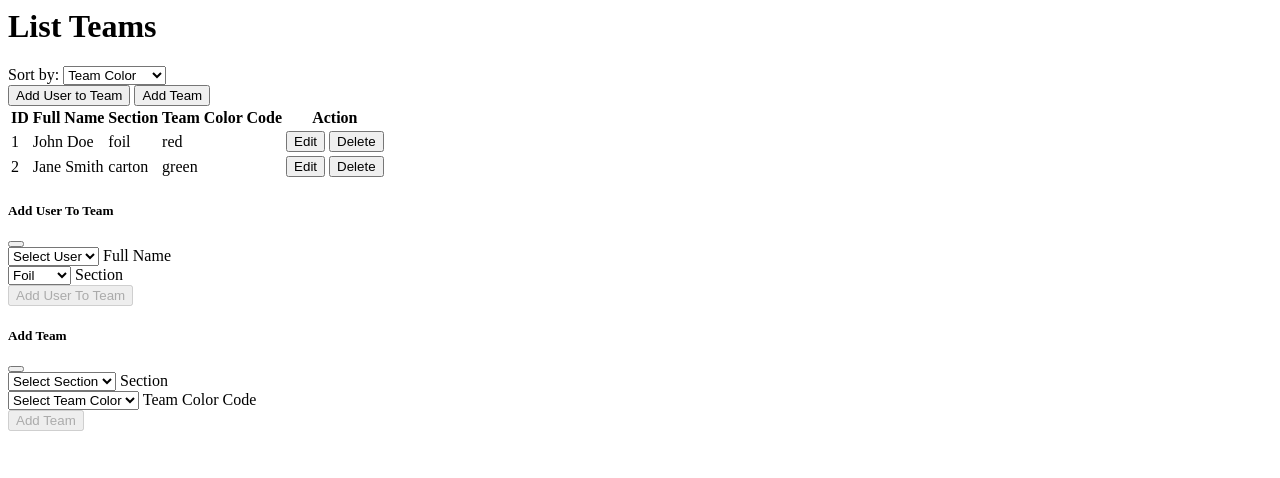
Repository: Daigtas/Shiftman
Page: partials/list-teams.html
An editor plug-in stored every save of this project. The page is shown before and after the next save, followed by the edit.
The browser window is 1280 px wide. The pictures show the whole page.

Above is the page before, as saved 2025-02-04 12:41:24.

### partials/list-teams.html
<h1 data-translate-key="listteamstitle">List Teams</h1>
<div class="container-fluid mt-4">
    <div class="btn-toolbar mb-3" role="toolbar" aria-label="Toolbar with button groups">
        <div class="input-group">
            <label class="input-group-text" for="sortSelect" data-translate-key="sortby">Sort by:</label>
            <select class="form-select" id="sortSelect">
                <option value="teamcolor" data-translate-key="sortbyteamcolor">Team Color</option>
                <option value="teamsection" data-translate-key="sortbyteamsection">Team Section</option>
                <option value="fullname" data-translate-key="sortbyfullname">fullname</option>
            </select>
        </div>
        <button type="button" class="btn btn-primary ml-3" data-bs-toggle="modal" data-bs-target="#addusertoTeamModal" data-translate-key="addusertoteam">Add User to Team</button>
        <button type="button" class="btn btn-primary ml-3" data-bs-toggle="modal" data-bs-target="#addTeamModal" data-translate-key="addteam">Add Team</button>

    </div>
    <div class="table-responsive">
        <table class="table table-bordered table-striped" id="usersTable">
            <thead class="thead-dark">
                <tr>
                    <th scope="col" data-translate-key="id">ID</th>
                    <th scope="col" data-translate-key="fullname">Full Name</th>
                    <th scope="col" data-translate-key="section">Section</th>
                    <th scope="col" data-translate-key="teamcolorcode">Team Color Code</th>
                    <th scope="col" data-translate-key="action">Action</th>
                </tr>
            </thead>
            <tbody>
                <!-- Example data, replace with dynamic data -->
                <tr>
                    <td>1</td>
                    <td>John Doe</td>
                    <td>foil</td>
                    <td>red</td>
                    <td>
                        <button class="btn btn-warning btn-sm" data-translate-key="edit">Edit</button>
                        <button class="btn btn-danger btn-sm" data-translate-key="delete">Delete</button>
                    </td>
                </tr>
                <tr>
                    <td>2</td>
                    <td>Jane Smith</td>
                    <td>carton</td>
                    <td>green</td>
                    <td>
                        <button class="btn btn-warning btn-sm" data-translate-key="edit">Edit</button>
                        <button class="btn btn-danger btn-sm" data-translate-key="delete">Delete</button>
                    </td>
                </tr>
                <!-- Add more rows as needed -->
            </tbody>
        </table>
    </div>
</div>

<!-- Add User to Team Modal -->
<div class="modal fade" id="addusertoTeamModal" tabindex="-1" aria-labelledby="addUserModalLabel" aria-hidden="true">
    <div class="modal-dialog">
        <div class="modal-content">
            <div class="modal-header">
                <h5 class="modal-title" id="addUserToTeamModalLabel" data-translate-key="addusertoteam">Add User To Team</h5>
                <button type="button" class="btn-close" data-bs-dismiss="modal" aria-label="Close"></button>
            </div>
            <div class="modal-body">
                <form id="addUserForm">
                    <div class="form-floating mb-3">
                        <select class="form-select" id="userFullName" required>
                            <option value="" disabled selected data-translate-key="selectuser">Select User</option>
                            <option value="john_doe" data-translate-key="johndoe">John Doe</option>
                            <option value="jane_smith" data-translate-key="janesmith">Jane Smith</option>
                            <!-- Add more options as needed -->
                        </select>
                        <label for="userFullName" data-translate-key="fullname">Full Name</label>
                    </div>
                    <div class="form-floating mb-3">
                        <select class="form-select" id="section" required>
                            <option value="foil" data-translate-key="foil">Foil</option>
                            <option value="carton" data-translate-key="carton">Carton</option>
                        </select>
                        <label for="section" data-translate-key="section">Section</label>
                    </div>
                    <button type="submit" class="btn btn-primary" id="addUserSubmit" disabled data-translate-key="addusertoteam">Add User To Team</button>
                </form>
            </div>
        </div>
    </div>
</div>
<!-- Add User to Team Modal -->
<div class="modal fade" id="addTeamModal" tabindex="-1" aria-labelledby="addTeamModalLabel" aria-hidden="true">
    <div class="modal-dialog">
        <div class="modal-content">
            <div class="modal-header">
                <h5 class="modal-title" id="addTeamModalLabel" data-translate-key="addteam">Add Team</h5>
                <button type="button" class="btn-close" data-bs-dismiss="modal" aria-label="Close"></button>
            </div>
            <div class="modal-body">
                <form id="addUserForm">
                    <div class="form-floating mb-3">
                        <select class="form-select" id="selectSection" required>
                            <option value="" disabled selected data-translate-key="selectsection">Select Section</option>
                            <option value="Foil" data-translate-key="selectsectionfoil">Foil</option>
                            <option value="Carton" data-translate-key="selectsectioncarton">Carton</option>
                        </select>
                        <label for="selectsection" data-translate-key="selectteamsection">Section</label>
                    </div>
                    <div class="form-floating mb-3">
                        <select class="form-select" id="teamcolorcode" required>
                            <option value="" disabled selected data-translate-key="selectteamcolor">Select Team Color</option>
                            <option value="red" data-translate-key="red">Red</option>
                            <option value="green" data-translate-key="green">Green</option>
                            <option value="blue" data-translate-key="blue">Blue</option>
                            <option value="yellow" data-translate-key="yellow">Yellow</option>
                            <option value="orange" data-translate-key="orange">Orange</option>
                            <option value="purple" data-translate-key="purple">Purple</option>
                            <option value="pink" data-translate-key="pink">Pink</option>
                            <option value="brown" data-translate-key="brown">Brown</option>
                            <option value="black" data-translate-key="black">Black</option>
                        </select>
                        <label for="teamcolorcode" data-translate-key="teamcolorcode">Team Color Code</label>
                    </div>
                    <button type="submit" class="btn btn-primary" id="addTeamSubmit" disabled data-translate-key="addteam">Add Team</button>
                </form>
            </div>
        </div>
    </div>
</div>

<link rel="stylesheet" href="css/register-user.css">

### css/register-user.css
/* jQuery UI styling */
.ui-state-hover {
    background-color: #e2e6ea !important;
}

.ui-state-active {
    background-color: #d6d8db !important;
}

/* Modal styling */
#addUserModal {
    display: none;
    z-index: 1050; /* Ensure the modal is on the top layer */
}

After the next save:
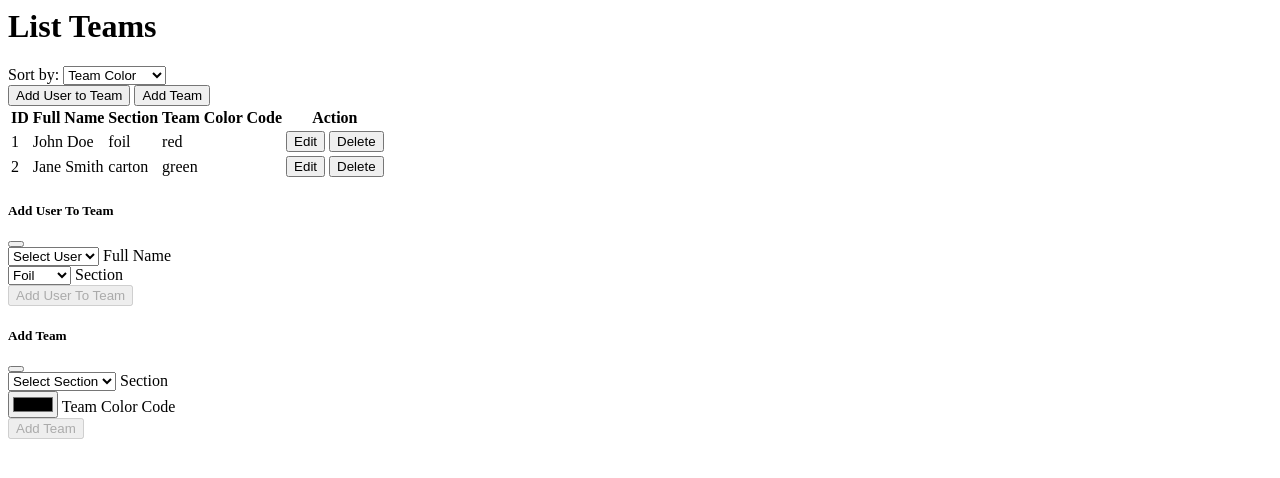
Saved 3 min 51 s later.
--- a/partials/list-teams.html
+++ b/partials/list-teams.html
@@ -103,18 +103,7 @@
                         <label for="selectsection" data-translate-key="selectteamsection">Section</label>
                     </div>
                     <div class="form-floating mb-3">
-                        <select class="form-select" id="teamcolorcode" required>
-                            <option value="" disabled selected data-translate-key="selectteamcolor">Select Team Color</option>
-                            <option value="red" data-translate-key="red">Red</option>
-                            <option value="green" data-translate-key="green">Green</option>
-                            <option value="blue" data-translate-key="blue">Blue</option>
-                            <option value="yellow" data-translate-key="yellow">Yellow</option>
-                            <option value="orange" data-translate-key="orange">Orange</option>
-                            <option value="purple" data-translate-key="purple">Purple</option>
-                            <option value="pink" data-translate-key="pink">Pink</option>
-                            <option value="brown" data-translate-key="brown">Brown</option>
-                            <option value="black" data-translate-key="black">Black</option>
-                        </select>
+                        <input type="color" class="form-control form-control-color" id="teamcolorcode" placeholder="Enter team color code" required data-translate-placeholder="teamcolorcode">
                         <label for="teamcolorcode" data-translate-key="teamcolorcode">Team Color Code</label>
                     </div>
                     <button type="submit" class="btn btn-primary" id="addTeamSubmit" disabled data-translate-key="addteam">Add Team</button>
